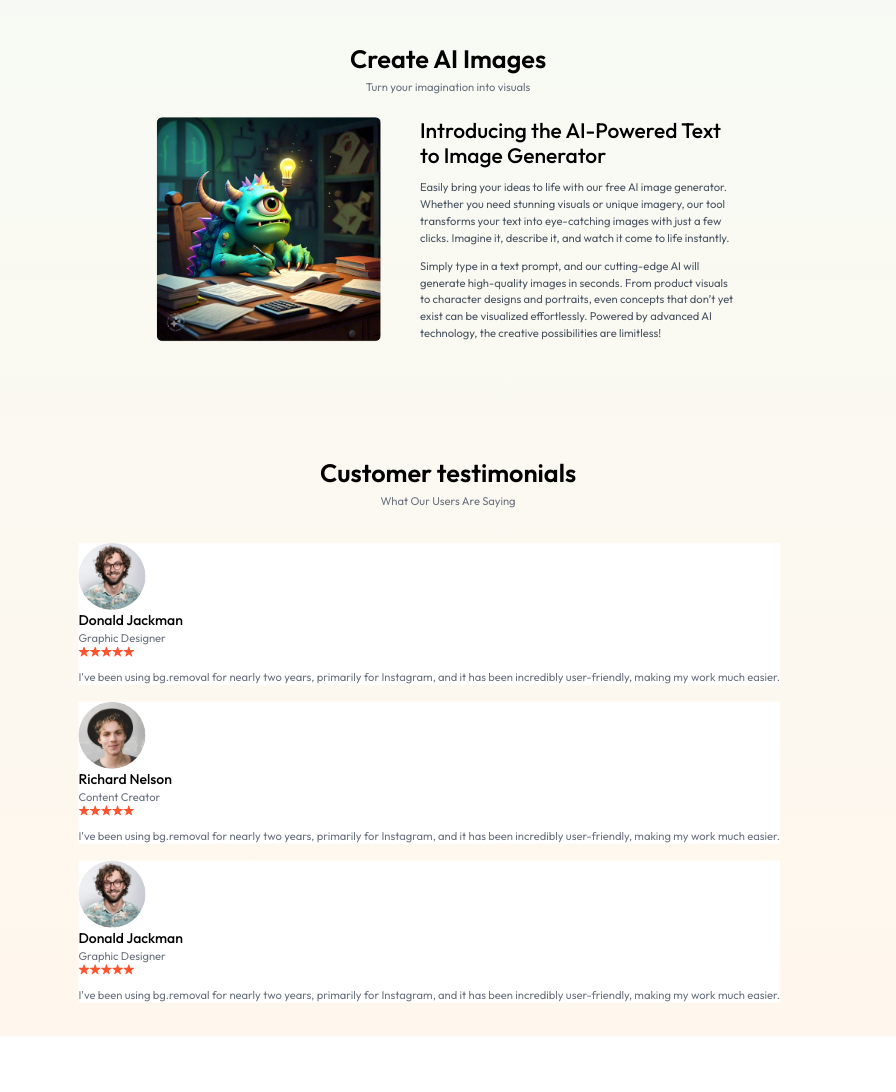
Repository: Abrammse/Abraify
Page: /
An editor plug-in stored every save of this project. The page is shown before and after a run of saves, followed by the edit.
The browser window is 1280 px wide. The pictures show the part of the page from y = 1359 to 3279 px (the page is 2919 px tall before and 3279 px after), at 70% of full size.
The project was rebuilt for these pictures with package versions that can differ from the ones it lists, and the page was loaded fresh each time. Also part of the build but not shown: vite.config.js, src/pages/Buycredit.jsx.

Above is the page before, as saved 2024-11-25 12:07:41.

After the next 4 saves:
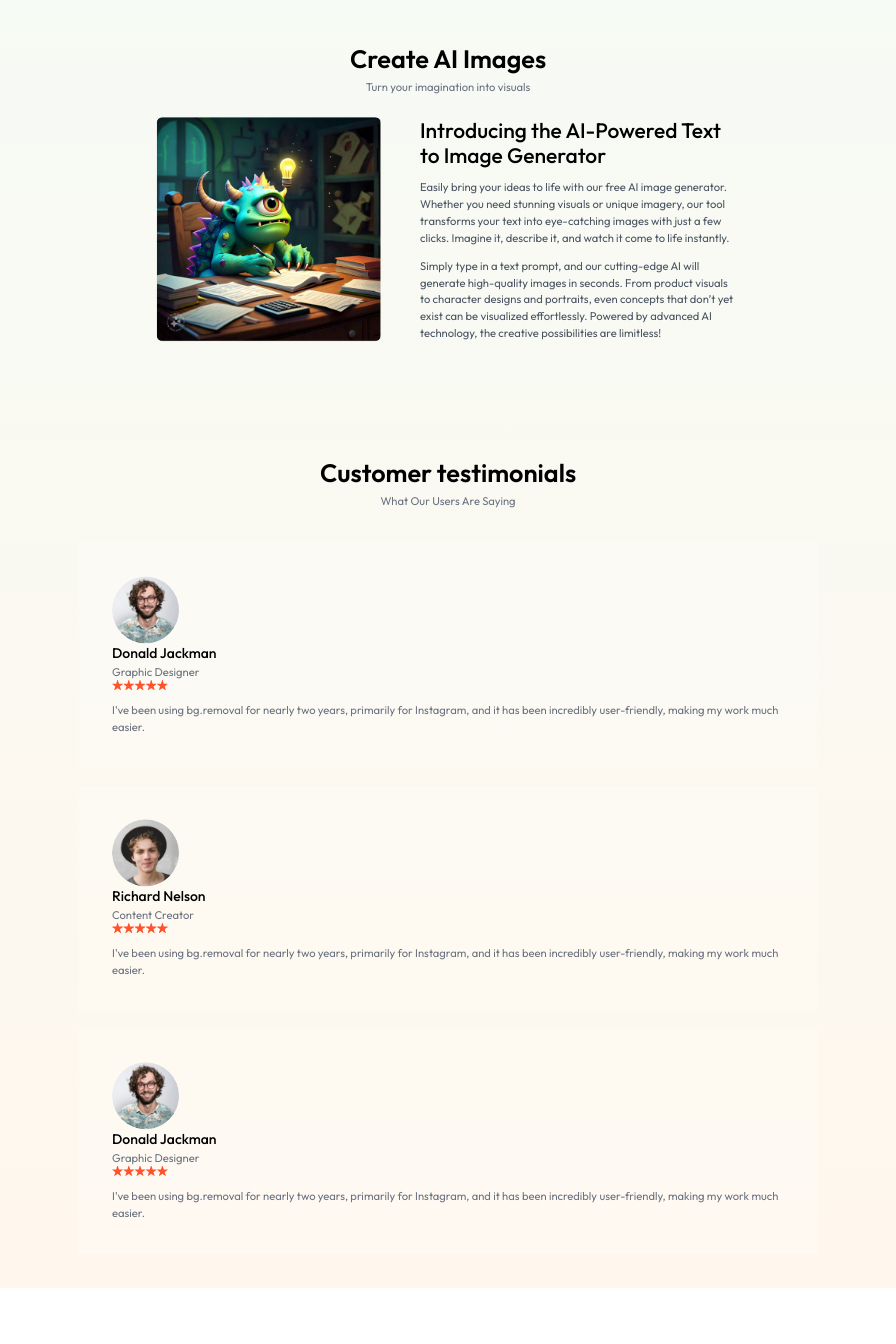
The 4 saves are shown as one change because they came seconds apart.
The last was saved 11 s later.
--- a/src/components/testimonials.jsx
+++ b/src/components/testimonials.jsx
@@ -9,7 +9,7 @@ const Testimonials = () => {
 
             <div className='flex flex-wrap gap-6 '>
         {testimonialsData.map((item,index)=>(
-            <div  key={index}  className='bg-white  ' >
+            <div  key={index}  className='bg-white/20 p-12 ' >
                 <img src={item.image} alt="" className='rounded-full w-24 ' />
             <div>
                 <h2 className='text-xl  font-medium' > {item.name}</h2>
